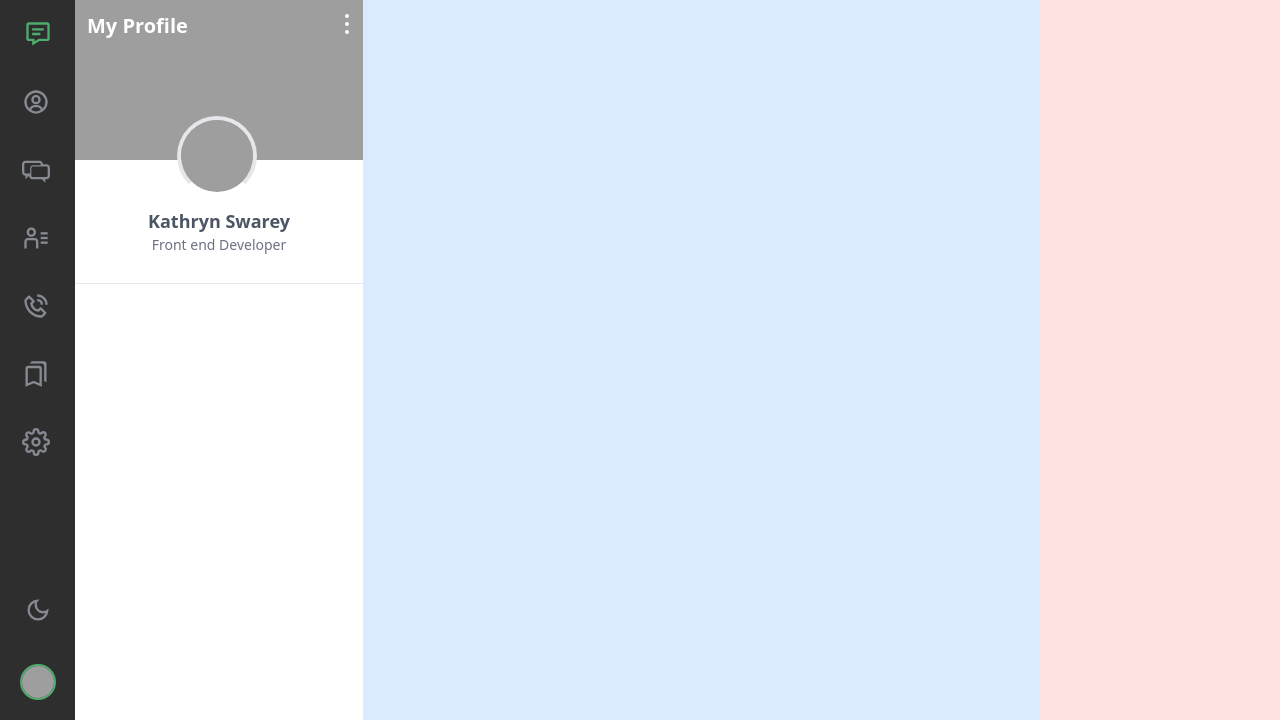
Repository: satya-ranjon/Chat-app
Page: /
The author's editor kept a copy of each file at every save. The page is drawn from the files as they stood at one save, then again after the next save.
The browser window is 1280 px wide. The pictures show the whole page.
Pictures or frames that could not be fetched are drawn as grey boxes. The project was rebuilt for these pictures with package versions that can differ from the ones it lists, and the page was loaded fresh each time.

Above is the page before, as saved 2022-03-31 04:00:30.

After the next save:
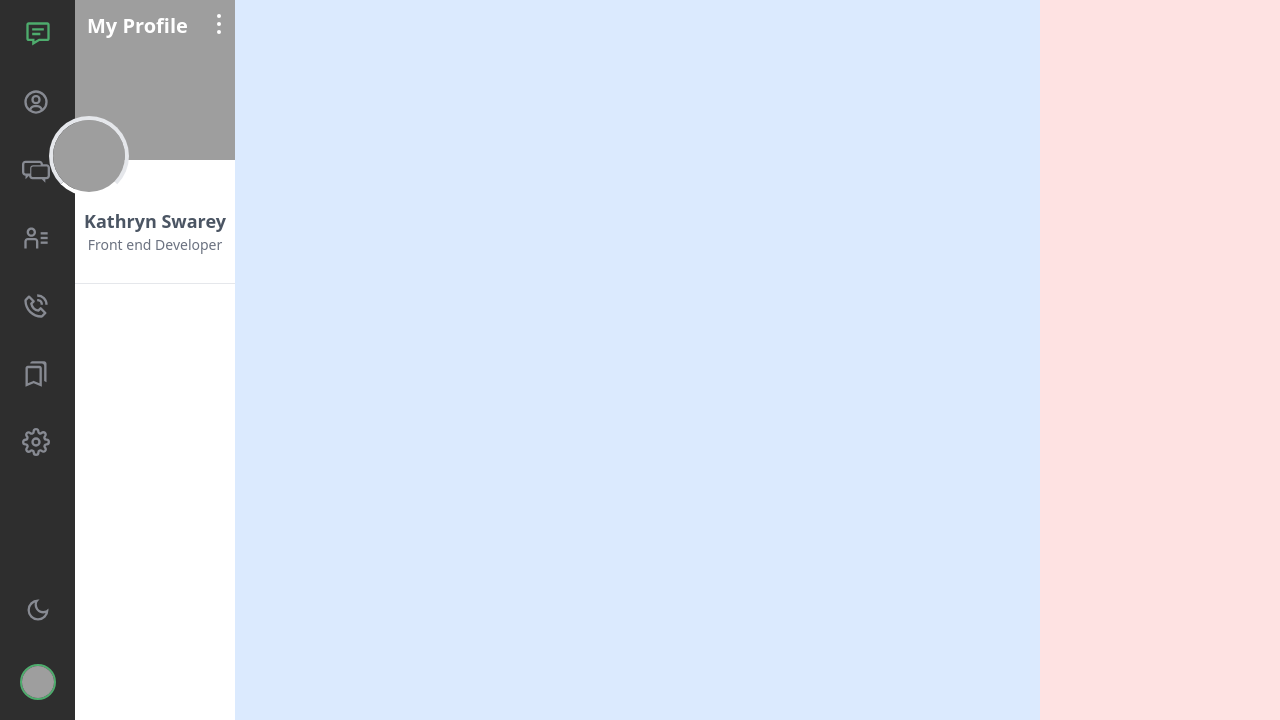
Saved 116 s later.
--- a/src/components/MyProfile/MyProfile.jsx
+++ b/src/components/MyProfile/MyProfile.jsx
@@ -5,7 +5,7 @@ const Image =
 
 export default function MyProfile() {
   return (
-    <div className="sm:w-72 h-screen w-40 ">
+    <div className="sm:w-[160px] h-screen w-40 ">
       <div className="border-b-[1px] pb-7">
         <div className="relative mb-12">
           <img src={Image} alt={Image} className="w-full h-40" />
